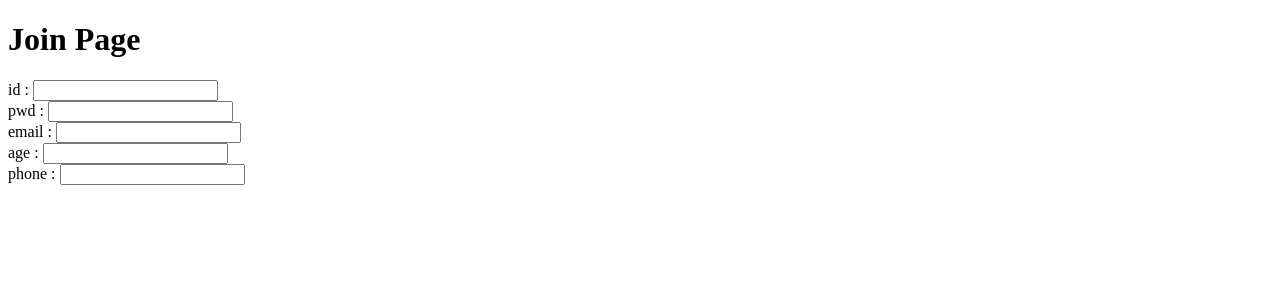
Repository: havanara/240411_JSP_Project
Page: http://localhost/jst_study/memb/join
An editor plug-in stored every save of this project. The page is shown before and after the next save, followed by the edit.
The browser window is 1280 px wide. The pictures show the whole page.
The page is served by Tomcat 9.

Above is the page before, as saved 2024-04-15 01:57:05.

After the next save:
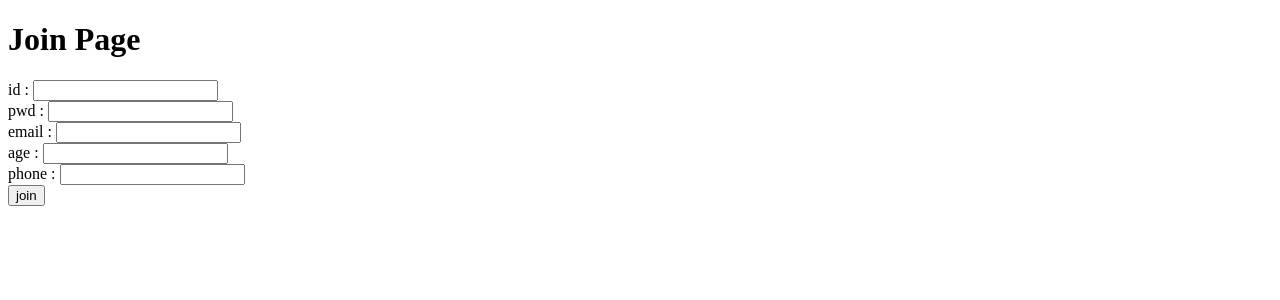
Saved 29 s later.
--- a/jst_study/src/main/webapp/member/join.jsp
+++ b/jst_study/src/main/webapp/member/join.jsp
@@ -8,12 +8,13 @@
 </head>
 <body>
 	<h1>Join Page</h1>
-	<form action="" method="post">
+	<form action="/memb/register" method="post">
 		id : <input type="text" name="id"> <br>
 		pwd : <input type="password" name="pwd"> <br>
 		email : <input type="text" name="email"> <br>
 		age : <input type="text" name="age"> <br>
 		phone : <input type="text" name="phone"> <br>
+		<button type="submit">join</button>
 	</form>
 </body>
 </html>
